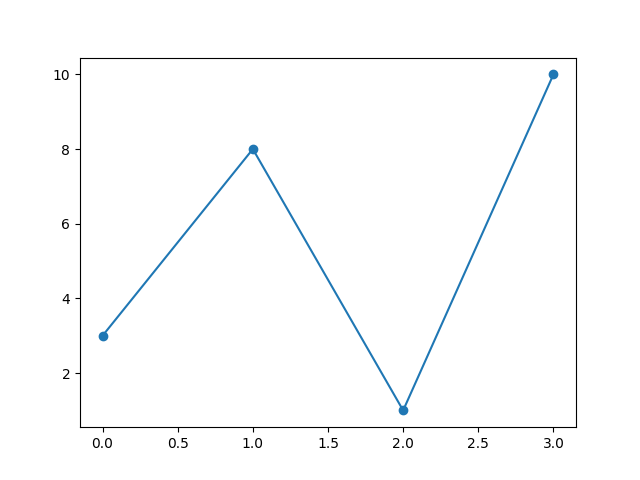
Repository: rupeshkofficial/Python-Code
Script's output: python MATPLOTLIB/3_matplotlibmarkers.py
An editor plug-in stored every save of this project. The script's output is shown before and after a run of saves, followed by the edit.
Random numbers start from a fixed seed.

Above is the script's output before, as saved 2024-05-22 14:51:40.

### MATPLOTLIB/3_matplotlibmarkers.py
# Marker Size - ms

import matplotlib.pyplot as plt
import numpy as np

ypoints = np.array([3,8,1,10])
plt.plot(ypoints, marker = 'o')
plt.show()

After the next 2 saves:
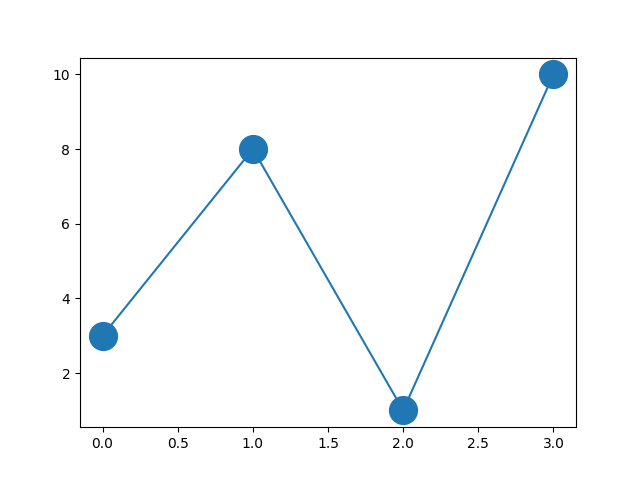
The 2 saves are shown as one change because they came seconds apart.
The last was saved 7 s later.
--- a/MATPLOTLIB/3_matplotlibmarkers.py
+++ b/MATPLOTLIB/3_matplotlibmarkers.py
@@ -4,5 +4,5 @@ import matplotlib.pyplot as plt
 import numpy as np
 
 ypoints = np.array([3,8,1,10])
-plt.plot(ypoints, marker = 'o')
+plt.plot(ypoints, marker = 'o', ms = 20)
 plt.show()
